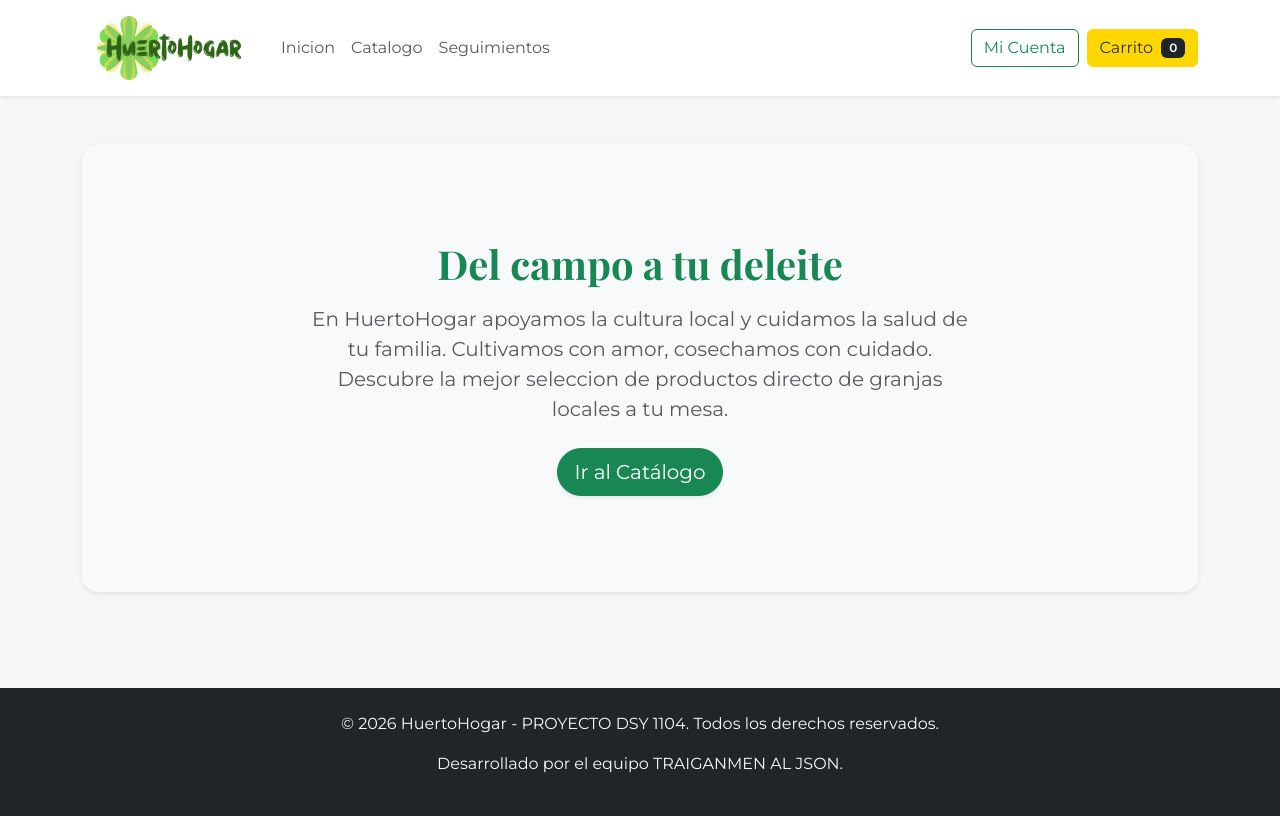
Repository: RottZen/Ev_1_Huerto_Hogar
Page: 1_inicio/index.html
These files come from the project's save history. The page is drawn as it stood at one moment and after the next save; the edit follows.
The browser window is 1280 px wide. The pictures show the whole page.

Above is the page before, as saved 2026-09-08 16:36:39.

After the next save:
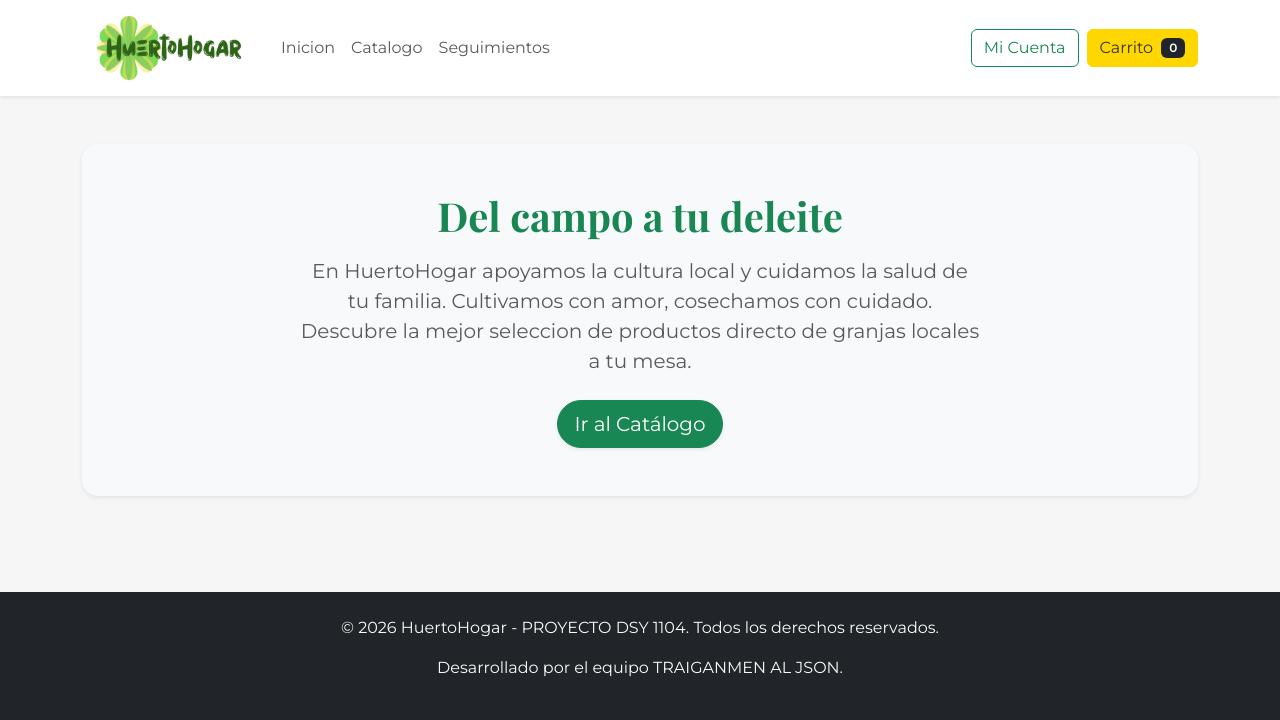
Saved 19 s later.
--- a/1_inicio/index.html
+++ b/1_inicio/index.html
@@ -44,7 +44,7 @@
     <main class="container my-5 flex-grow-1">
 
             <section class="hero-section text-center p-5 mb-5 rounded-4 shadow-sm bg-light">
-                <div class="row py-lg-5">
+
                     <div class="col-lg-8 col-md-8 mx-auto">
                         <h1 class="fw-bold text-success mb-3" style="font-family: 'Playfair Display' serif;">Del campo a tu deleite</h1>
                         <p class="lead text-muted mb-4">En HuertoHogar apoyamos la cultura local y cuidamos la salud de tu familia. Cultivamos con amor, cosechamos con cuidado. Descubre la mejor seleccion de productos directo de granjas locales a tu mesa.</p>
@@ -52,7 +52,7 @@
                         <a href="../2_catalogo/catalogo.html" class="btn btn-success btn-lg px4 rounded-pill shadow-sm">Ir al Catálogo</a>
 
                     </div>
-                </div>
+
             </section>
 
 
